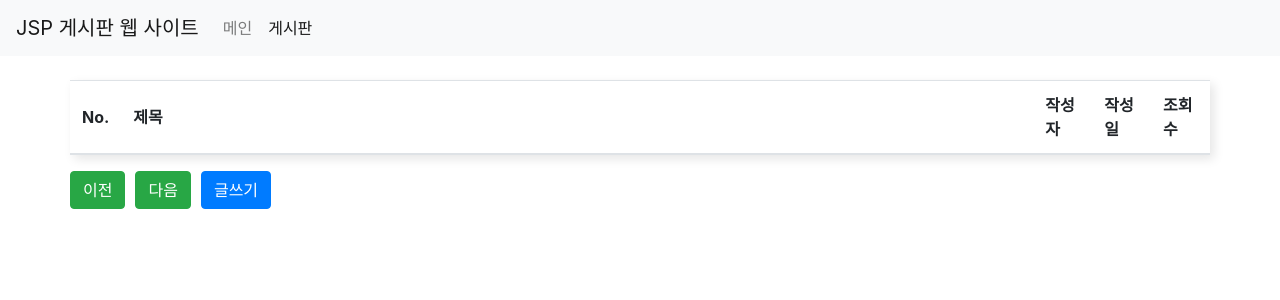
Repository: hz6450/2024-summer-jsp-notice-project
Page: http://localhost/BBS/BBS.jsp
The author's editor kept a copy of each file at every save. The page is drawn from the files as they stood at one save, then again after the next save.
The browser window is 1280 px wide. The pictures show the whole page.
Some web libraries are served in a nearby version. The page is served by Tomcat 10. Queries for data that is not in the repository find no rows.

Above is the page before, as saved 2024-07-16 00:01:40.

After the next save:
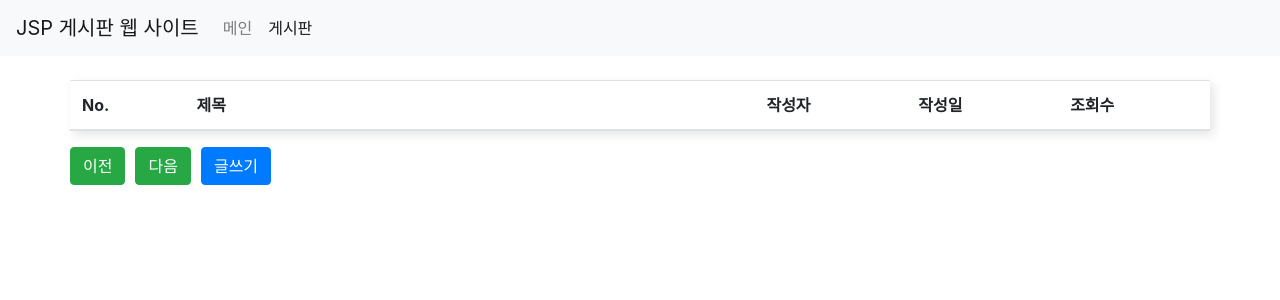
Saved 8 s later.
--- a/projects/BBS/src/main/webapp/BBS.jsp
+++ b/projects/BBS/src/main/webapp/BBS.jsp
@@ -64,7 +64,7 @@
                 <thead>
                     <tr>
                         <th scope="col">No.</th>
-                        <th scope="col" style="width: 80%">제목</th>
+                        <th scope="col" style="width: 50%">제목</th>
                         <th scope="col">작성자</th>
                         <th scope="col">작성일</th>
                         <th scope="col">조회수</th>
